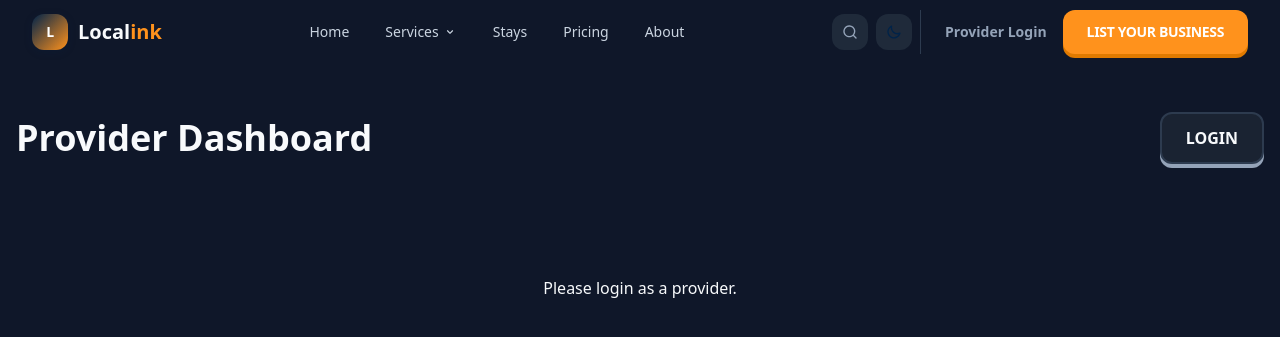
Repository: Paavo12/Localink
Page: frontend/dashboard.html
The author's editor kept a copy of each file at every save. The page is drawn from the files as they stood at one save, then again after the next save.
The browser window is 1280 px wide. The pictures show the whole page.
Some web fonts or font styles are not loaded; a fallback is used. Some web libraries are served in a nearby version.

Above is the page before, as saved 2026-06-23 15:32:07.

After the next save:
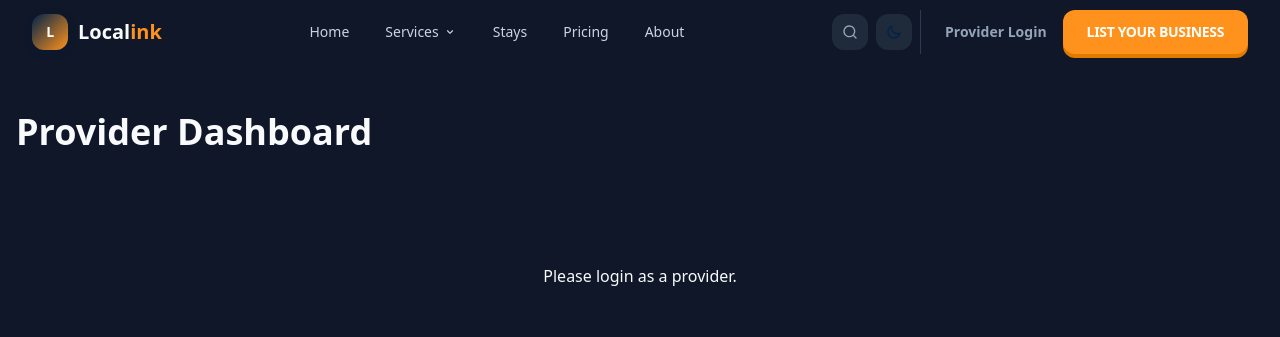
Saved 36 min 50 s later.
--- a/frontend/dashboard.html
+++ b/frontend/dashboard.html
@@ -107,15 +107,14 @@
     </div>
   </header>
 
-  <div class="container mx-auto px-4 py-20 pt-28">
+ <div class="container mx-auto px-4 py-20 pt-28">
     <div class="flex justify-between items-center mb-8">
       <h1 class="text-4xl font-black">Provider Dashboard</h1>
-      <button id="dashboardAuthBtn" class="btn-secondary">Login</button>
     </div>
     <div id="dashboardContent">
       <div class="text-center py-20">Loading dashboard...</div>
     </div>
-  </div>
+</div>
 
 </body>
 </html>
